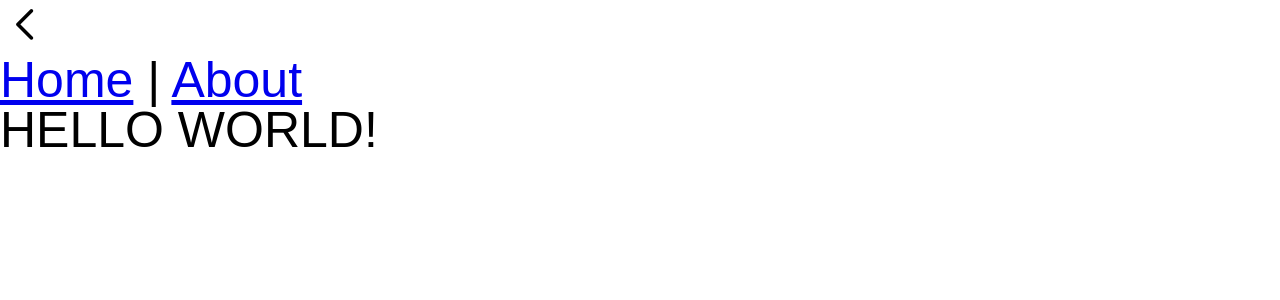
Repository: XiaohuiYin/practice-ebook-reader
Page: /
These files come from the project's save history. The page is drawn as it stood at one moment and after the next save; the edit follows.
The browser window is 1280 px wide. The pictures show the whole page.
The project was rebuilt for these pictures with package versions that can differ from the ones it lists, and the page was loaded fresh each time. Also part of the build but not shown: src/Ebook.vue.

Above is the page before, as saved 2019-09-14 16:50:03.

### public/index.html
<!DOCTYPE html>
<html lang="en">

<head>
    <meta charset="utf-8">
    <meta http-equiv="X-UA-Compatible" content="IE=edge">
    <meta name="viewport" content="width=device-width,initial-scale=1.0,maximum-scale=1.0,minimum-scale=1.0,user-scalable=no">
    <link rel="icon" href="<%= BASE_URL %>favicon.ico">
    <title>web-reader</title>
</head>

<body>
    <noscript>
      <strong>We're sorry but web-reader doesn't work properly without JavaScript enabled. Please enable it to continue.</strong>
    </noscript>
    <div id="app"></div>
    <!-- built files will be auto injected -->
</body>

</html>

### src/main.js
import Vue from 'vue'
import App from './App.vue'
import router from './router'
import './assets/styles/icon.css'
import './assets/styles/global.scss'

Vue.config.productionTip = false

new Vue({
  router,
  render: h => h(App)
}).$mount('#app')

### src/App.vue
<template>
  <div id="app">
    <span class="icon-back"></span>
    <div id="nav">
      <router-link to="/">Home</router-link> |
      <router-link to="/about">About</router-link>
    </div>
    <router-view/>
  </div>
</template>

<script>
export default {
  name: 'App',
  mounted () {
    // 监听原生DOMContentLoaded事件, 确定页面基础字体大小
    document.addEventListener('DOMContentLoaded', this.fontSizeSet)
  },
  methods: {
    fontSizeSet () { // 设置页面基础字体大小
      const html = document.querySelector('html')
      let fontSize = window.innerWidth / 10
      fontSize = fontSize > 50 ? 50 : fontSize
      // console.log(fontSize)
      html.style.fontSize = fontSize + 'px'
    }
  }
}
</script>

<style lang="scss">

</style>

### src/router.js
import Vue from 'vue'
import Router from 'vue-router'
import Home from './views/Home.vue'
import Ebook from './Ebook'

Vue.use(Router)

export default new Router({
  mode: 'history',
  base: process.env.BASE_URL,
  routes: [{
    path: '/',
    name: 'home',
    component: Home
  },
  {
    path: '/ebook',
    name: 'ebook',
    component: Ebook
  }
  ]
})

### src/assets/styles/icon.css
@font-face {
  font-family: 'sell-icon';
  src:  url('fonts/sell-icon.eot?fuir07');
  src:  url('fonts/sell-icon.eot?fuir07#iefix') format('embedded-opentype'),
    url('fonts/sell-icon.ttf?fuir07') format('truetype'),
    url('fonts/sell-icon.woff?fuir07') format('woff'),
    url('fonts/sell-icon.svg?fuir07#sell-icon') format('svg');
  font-weight: normal;
  font-style: normal;
  font-display: block;
}

[class^="icon-"], [class*=" icon-"] {
  /* use !important to prevent issues with browser extensions that change fonts */
  font-family: 'sell-icon' !important;
  speak: none;
  font-style: normal;
  font-weight: normal;
  font-variant: normal;
  text-transform: none;
  line-height: 1;

  /* Better Font Rendering =========== */
  -webkit-font-smoothing: antialiased;
  -moz-osx-font-smoothing: grayscale;
}

.icon-menu:before {
  content: "\e90a";
}
.icon-share .path1:before {
  content: "\e90b";
  color: rgb(88, 88, 88);
}
.icon-share .path2:before {
  content: "\e90c";
  margin-left: -1em;
  color: rgb(89, 89, 89);
}
.icon-more:before {
  content: "\e90d";
}
.icon-cart:before {
  content: "\e90e";
}
.icon-bright:before {
  content: "\e90f";
}
.icon-progress:before {
  content: "\e910";
}
.icon-person:before {
  content: "\e911";
}
.icon-back:before {
  content: "\e912";
}

### src/assets/styles/global.scss
@import 'reset';
// 1 rem = fontSize px
// 1 px = (1 / fontSize) rem
$fontSize: 37.5;
@function px2rem($px) {
    @return ($px / $fontSize)+rem
}

@mixin center() {
    display: flex;
    justify-content: center;
    align-items: center;
}

### src/views/Home.vue
<template>
  <div class="home">
    <HelloWorld />
  </div>
</template>

<script>
// @ is an alias to /src
import HelloWorld from '@/components/HelloWorld.vue'

export default {
  name: 'home',
  components: {
    HelloWorld
  }
}
</script>

### src/assets/styles/reset.scss
/* http://meyerweb.com/eric/tools/css/reset/
   v2.0 | 20110126
   License: none (public domain)
*/

html,
body,
div,
span,
applet,
object,
iframe,
h1,
h2,
h3,
h4,
h5,
h6,
p,
blockquote,
pre,
a,
abbr,
acronym,
address,
big,
cite,
code,
del,
dfn,
em,
img,
ins,
kbd,
q,
s,
samp,
small,
strike,
strong,
sub,
sup,
tt,
var,
b,
u,
i,
center,
dl,
dt,
dd,
ol,
ul,
li,
fieldset,
form,
label,
legend,
table,
caption,
tbody,
tfoot,
thead,
tr,
th,
td,
article,
aside,
canvas,
details,
embed,
figure,
figcaption,
footer,
header,
hgroup,
menu,
nav,
output,
ruby,
section,
summary,
time,
mark,
audio,
video {
    margin: 0;
    padding: 0;
    border: 0;
    font-size: 100%;
    font: inherit;
    vertical-align: baseline;
}


/* HTML5 display-role reset for older browsers */

article,
aside,
details,
figcaption,
figure,
footer,
header,
hgroup,
menu,
nav,
section {
    display: block;
}

body {
    line-height: 1;
}

ol,
ul {
    list-style: none;
}

blockquote,
q {
    quotes: none;
}

blockquote:before,
blockquote:after,
q:before,
q:after {
    content: '';
    content: none;
}

table {
    border-collapse: collapse;
    border-spacing: 0;
}

html,
body {
    width: 100%;
    height: 100%;
    font-family: 'PingFangSC-Light', 'PingFang SC', 'STHeitiSC-Light', 'Helvetica-Light', 'Arial', 'sans-serif';
}

### src/components/HelloWorld.vue
<template>
  <div class="hello">
    HELLO WORLD!
  </div>
</template>

<script>
export default {
  name: 'HelloWorld',
  props: {
  }
}
</script>

<!-- Add "scoped" attribute to limit CSS to this component only -->
<style scoped lang="scss">

</style>

After the next save:
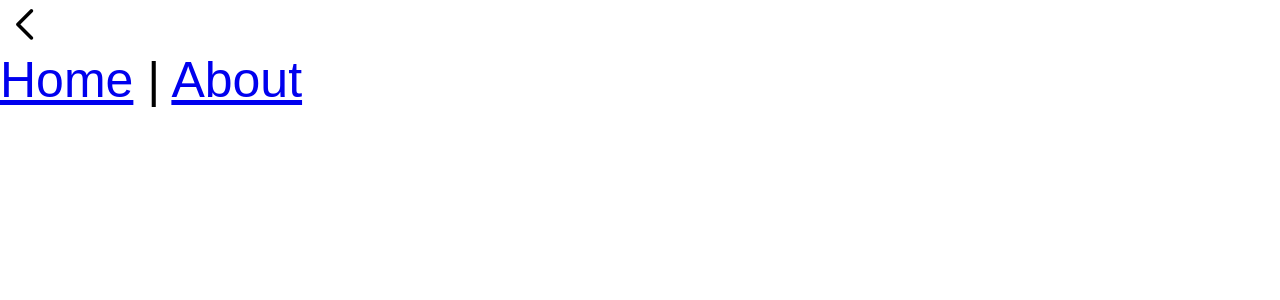
Saved 93 s later.
--- a/src/views/Home.vue
+++ b/src/views/Home.vue
@@ -6,12 +6,10 @@
 
 <script>
 // @ is an alias to /src
-import HelloWorld from '@/components/HelloWorld.vue'
 
 export default {
   name: 'home',
   components: {
-    HelloWorld
   }
 }
 </script>
